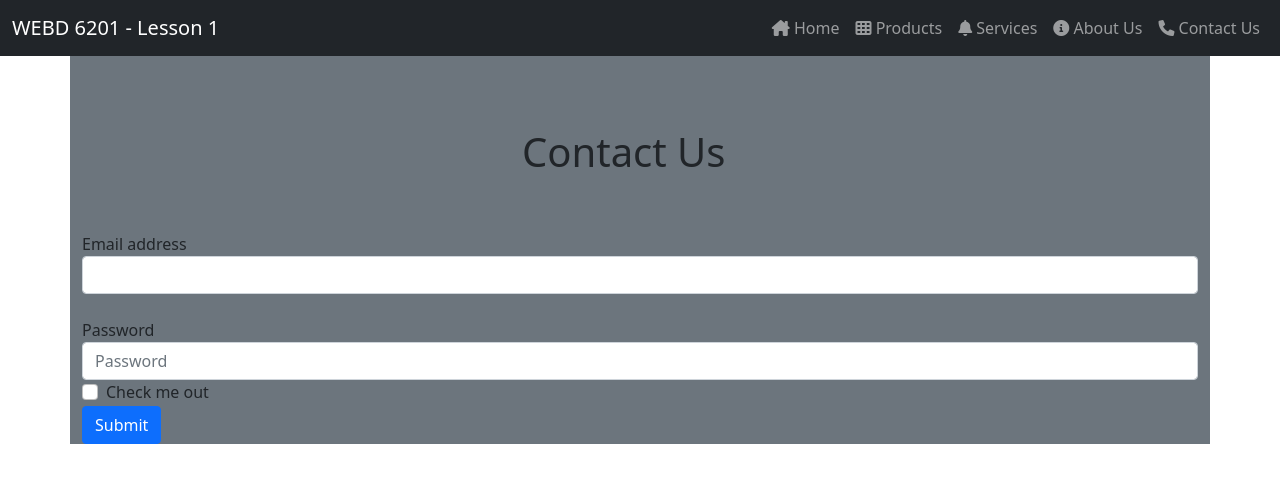
Repository: devanshudave1901/DevanshuDave_AngaranYogeswaranLab2
Page: contact.html
An editor plug-in stored every save of this project. The page is shown before and after a run of saves, followed by the edit.
The browser window is 1280 px wide. The pictures show the whole page.

Above is the page before, as saved 2022-02-10 12:07:06.

### contact.html
<!DOCTYPE html>
<html lang="en">
  <head>
    <meta charset="UTF-8" />
    <meta http-equiv="X-UA-Compatible" content="IE=edge" />
    <meta name="viewport" content="width=device-width, initial-scale=1.0" />
    <title>Contact Us</title>
    <link
      rel="stylesheet"
      href="./node_modules/bootstrap/dist/css/bootstrap.min.css"
    />
    <link
      rel="stylesheet"
      href="./node_modules/@fortawesome/fontawesome-free/css/all.min.css"
    />
    <link rel="stylesheet" href="./Content/app.css" />
  </head>
  <body>
    <nav class="navbar navbar-expand-lg navbar-dark bg-dark">
      <div class="container-fluid">
        <a class="navbar-brand" href="#">WEBD 6201 - Lesson 1</a>
        <button
          class="navbar-toggler"
          type="button"
          data-bs-toggle="collapse"
          data-bs-target="#navbarSupportedContent"
          aria-controls="navbarSupportedContent"
          aria-expanded="false"
          aria-label="Toggle navigation"
        >
          <span class="navbar-toggler-icon"></span>
        </button>
        <div class="collapse navbar-collapse" id="navbarSupportedContent">
          <ul class="navbar-nav ms-auto">
            <li class="nav-item active">
              <a class="nav-link" aria-current="page" href="./index.html"
                ><i class="fa-solid fa-house-chimney"></i> Home</a
              >
            </li>

            <li class="nav-item">
              <a class="nav-link" href="./products.html"
                ><i class="fa-solid fa-th"></i> Products</a
              >
            </li>
            <li class="nav-item">
              <a class="nav-link" href="./services.html"
                ><i class="fa-solid fa-bell"></i> Services</a
              >
            </li>
            <li class="nav-item">
              <a class="nav-link" href="./about.html">
                <i class="fa-solid fa-circle-info"></i> About Us</a
              >
            </li>
            <li class="nav-item">
              <a class="nav-link" href="./contact.html">
                <i class="fa-solid fa-phone"></i> Contact Us</a
              >
            </li>
          </ul>
        </div>
      </div>
    </nav>
    <div class="jumbotron bg-secondary container" id="contentArea">
      <br />
      <br />
      <br />
      <h1 id="contactId">Contact Us</h1>
      <br />
      <br />

      <form>
        <div class="form-group">
          <label for="exampleInputEmail1"> Email address</label>
          <input type="email" class="form-control" id="exampleInputEmail1" />
        </div>
        <br />
        <div class="form-group">
          <label for="exampleInputPassword1">Password</label>
          <input
            type="password"
            class="form-control"
            id="exampleInputPassword1"
            placeholder="Password"
            rows="3"
          />
        </div>
        <div class="form-check">
          <input type="checkbox" class="form-check-input" id="exampleCheck1" />
          <label class="form-check-label" for="exampleCheck1"
            >Check me out</label
          >
        </div>
        <button type="submit" class="btn btn-primary">Submit</button>
      </form>
    </div>
    <!-- 3RD Party Library-->
    <script src="./node_modules/jquery/dist/jquery.min.js"></script>
    <script src="./node_modules/bootstrap/dist/js/bootstrap.min.js"></script>
  </body>
</html>

### Content/app.css
.Contactform {
  padding: 100px 90px 550px 400px;
}

.formInputBox {
  padding-left: 60px;
  margin: 8px 0;
  border: dashed;
  box-sizing: border-box;
}

#contactId {
  padding-left: 440px;
}

Loaded but not shown: node_modules/bootstrap/dist/css/bootstrap.min.css (library); node_modules/@fortawesome/fontawesome-free/css/all.min.css (library); node_modules/jquery/dist/jquery.min.js (library); node_modules/bootstrap/dist/js/bootstrap.min.js (library)

After the next 3 saves:
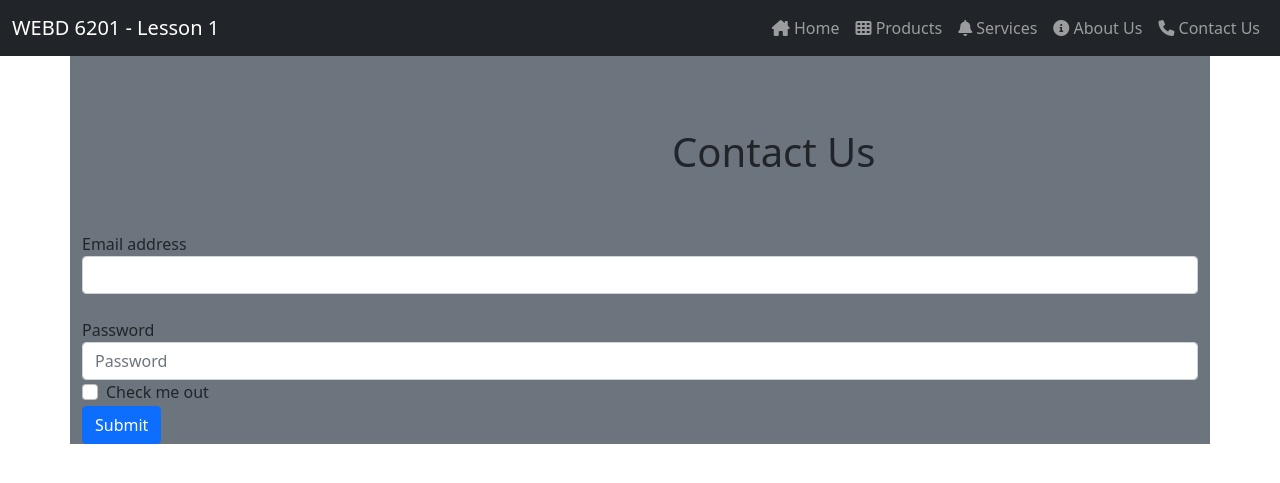
The 3 saves are shown as one change because they came seconds apart.
The last was saved 11 s later.
--- a/Content/app.css
+++ b/Content/app.css
@@ -10,5 +10,5 @@
 }
 
 #contactId {
-  padding-left: 440px;
+  padding-left: 590px;
 }
